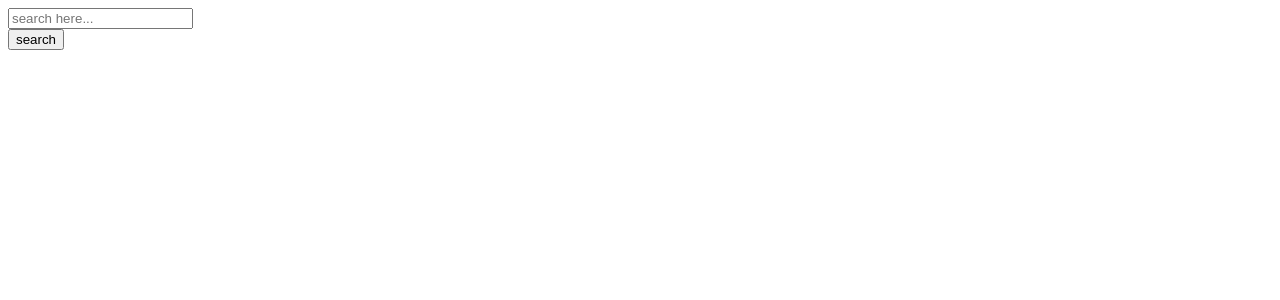
Repository: diksha847/ServletProjectsAllInOne
Page: dispatch/src/main/webapp/index.html
These files come from the project's save history. The page is drawn as it stood at one moment and after the next save; the edit follows.
The browser window is 1280 px wide. The pictures show the whole page.

Above is the page before, as saved 2024-11-12 16:34:35.

After the next save:
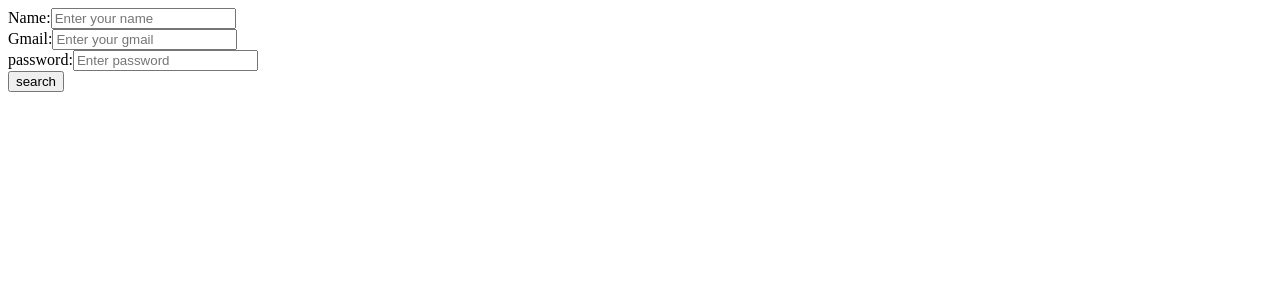
Saved 109 s later.
--- a/dispatch/src/main/webapp/index.html
+++ b/dispatch/src/main/webapp/index.html
@@ -6,8 +6,11 @@
 </head>
 <body>
 
-<form action="submitform" method="post">
-<input type="text" name="search1" placeholder="search here..."/><br>
+<form action="login" method="post">
+Name:<input type="text" name="name" placeholder="Enter your name"/><br>
+Gmail:<input type="text" name="gmail" placeholder="Enter your gmail"/><br>
+password:<input type="password" name="pwd" placeholder="Enter password"/><br>
+
 <input type="submit" value="search"/>
 </form>
 
